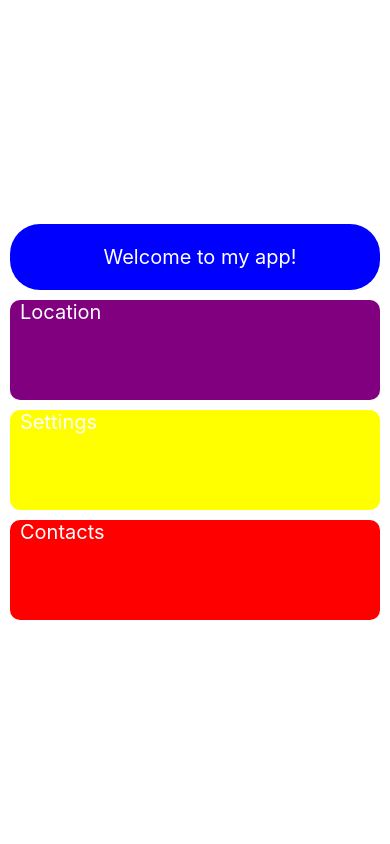
Repository: amirjavadikia/mobile-projectg
Screen: /
These files come from the project's save history. The screen is drawn as it stood at one moment and after a run of saves; the edit follows.
The app was drawn by React Native's web renderer in a window 390 px wide. The project was rebuilt for these pictures with package versions that can differ from the ones it lists, and the page was loaded fresh each time.

Above is the screen before, as saved 2024-04-24 20:52:05.

After the next 4 saves:
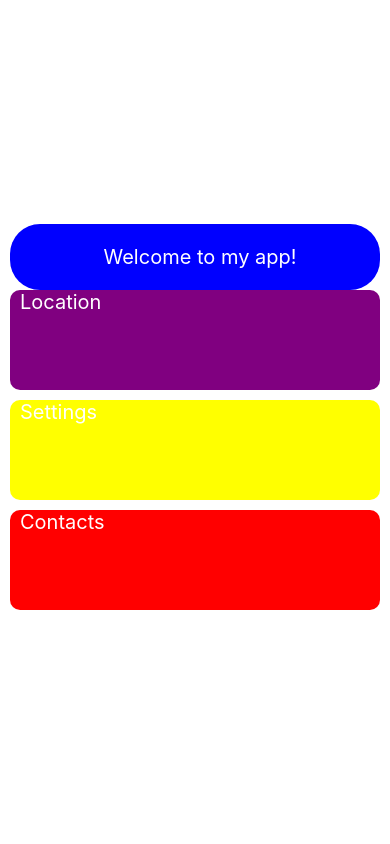
The 4 saves are shown as one change because they came seconds apart.
The last was saved 14 s later.
--- a/App.tsx
+++ b/App.tsx
@@ -48,7 +48,7 @@
     height: '8%',
     justifyContent: 'center',
     alignItems: 'center',
-    margin: 10
+    marginTop: 0
   },
   purpleBackground: {
     backgroundColor: 'purple',

After the save that followed:
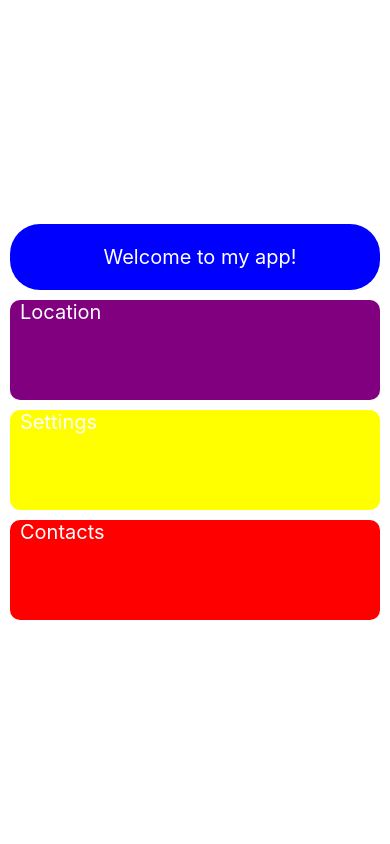
Saved 10 s later.
--- a/App.tsx
+++ b/App.tsx
@@ -48,7 +48,7 @@
     height: '8%',
     justifyContent: 'center',
     alignItems: 'center',
-    marginTop: 0
+    margin: 10
   },
   purpleBackground: {
     backgroundColor: 'purple',
